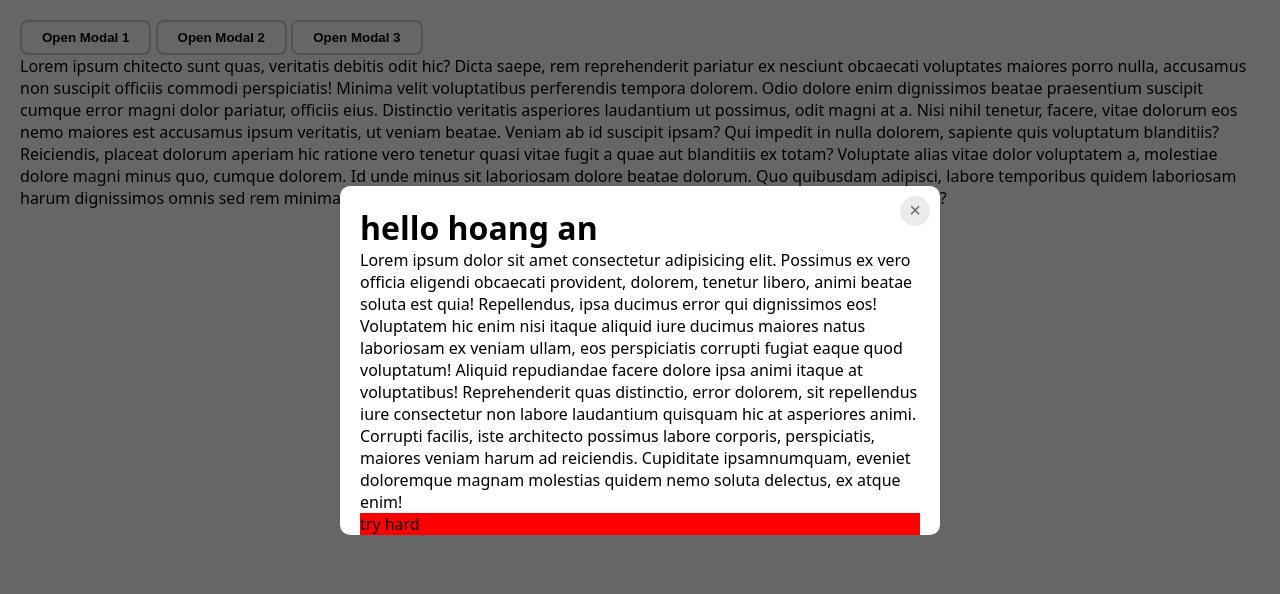
Repository: hoangan3526/Javascript-project
Page: index.html
These files come from the project's save history. The page is drawn as it stood at one moment and after the next save; the edit follows.
The browser window is 1280 px wide. The pictures show the whole page.

Above is the page before, as saved 2026-05-04 09:40:25.

After the next save:
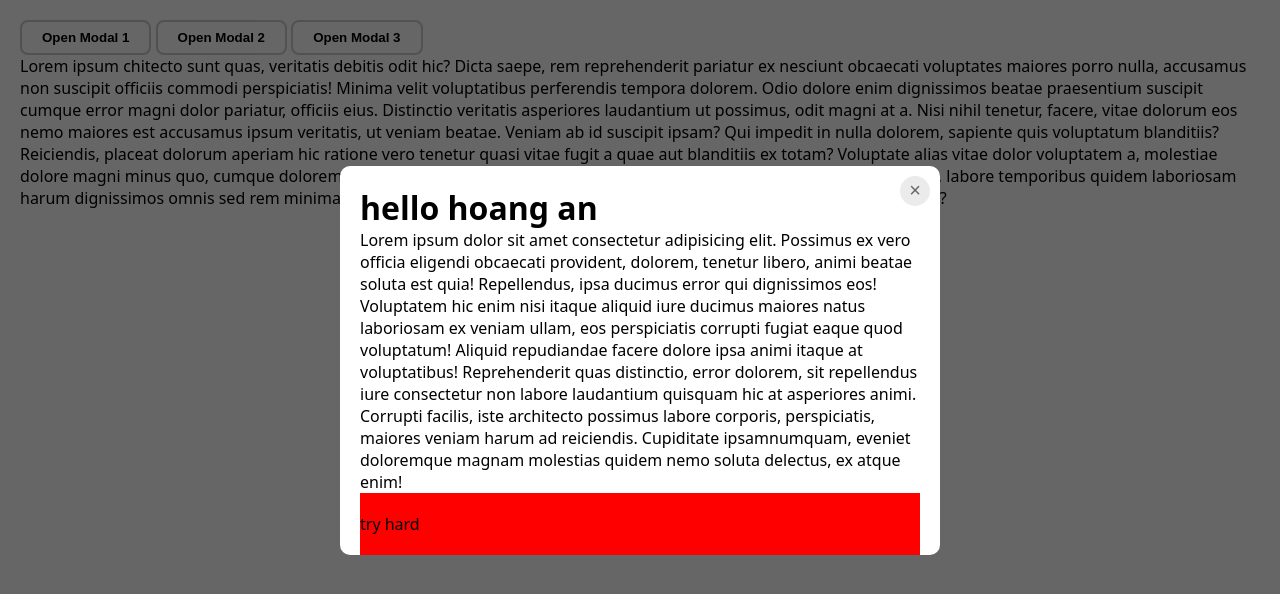
Saved 24 s later.
--- a/style.css
+++ b/style.css
@@ -85,7 +85,7 @@ button {
 }
 .modal-footer {
     background-color: red;
-
+    padding: 20px 0;
 }
 .no-scroll{
     overflow: hidden;
